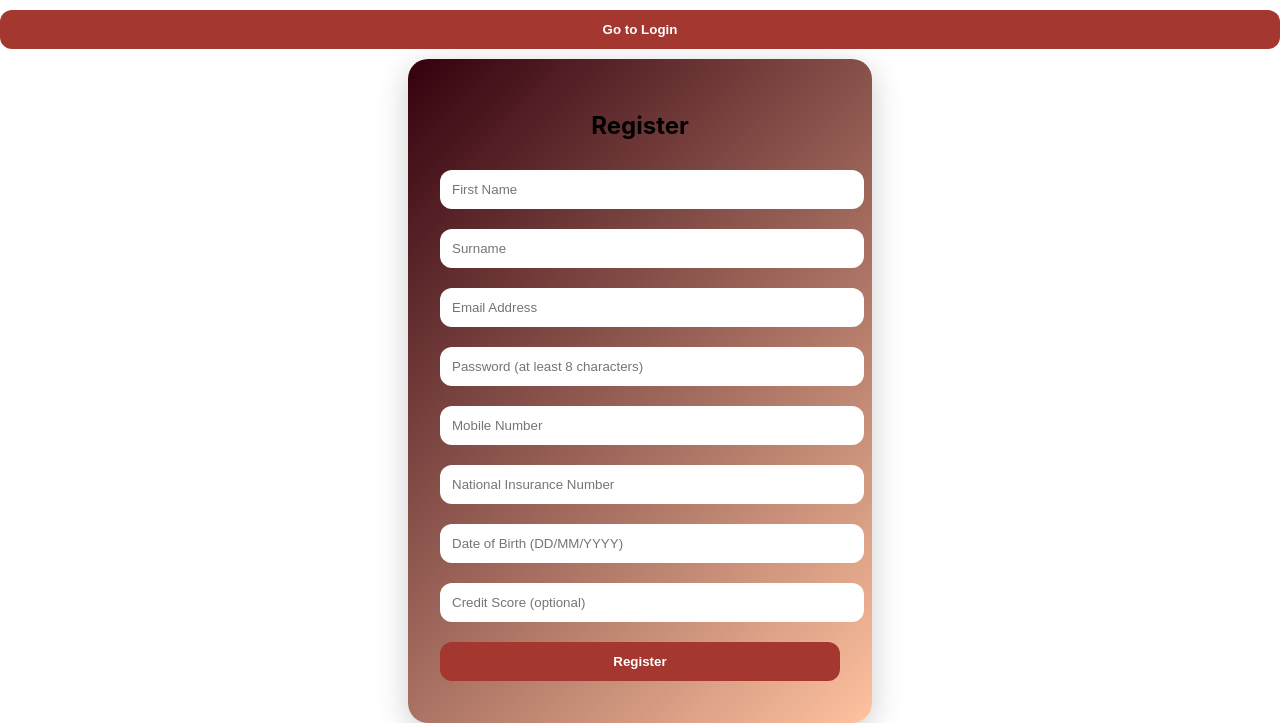
Repository: aab232/https---github.com-aab232-Deferred-Payment-Platform
Page: / (app in frontend/), after clicking the first element matching `button`
An editor plug-in stored every save of this project. The page is shown before and after the next save, followed by the edit.
The browser window is 1280 px wide. The pictures show the whole page.
The project was rebuilt for these pictures with package versions that can differ from the ones it lists, and the page was loaded fresh each time.

Above is the page before, as saved 2025-03-14 01:28:28.

### frontend/src/App.js
import React, { useState } from "react";
import Register from "./components/Register";
import Login from "./components/Login";

const App = () => {
    const [showLogin, setShowLogin] = useState(true);

    return (
        <div>
            <button onClick={() => setShowLogin(!showLogin)}>
                {showLogin ? "Go to Register" : "Go to Login"}
            </button>
            {showLogin ? <Login /> : <Register />}
        </div>
    );
};

export default App;

### frontend/src/components/Register.js
import React, { useState } from "react";
import axios from "axios";
import { NumericFormat } from "react-number-format"; // Corrected import
import "./Register.css";

const Register = () => {
    const [formData, setFormData] = useState({
        firstName: "",
        surname: "",
        email: "",
        password: "",
        mobileNumber: "",
        niNumber: "",
        date_of_birth: "",
        credit_score: "",
    });

    const handleChange = (e) => {
        setFormData({ ...formData, [e.target.name]: e.target.value });
    };

    const handleSubmit = async (e) => {
        e.preventDefault();
        try {
            const response = await axios.post("http://localhost:5000/register", formData);
            alert(response.data.message);
        } catch (error) {
            alert(error.response?.data.message || "Registration failed.");
        }
    };

    return (
        <div className="form-container">
            <h2>Register</h2>
            <form onSubmit={handleSubmit}>
                <input
                    type="text"
                    name="firstName"
                    placeholder="First Name"
                    value={formData.firstName}
                    onChange={handleChange}
                    required
                />
                <input
                    type="text"
                    name="surname"
                    placeholder="Surname"
                    value={formData.surname}
                    onChange={handleChange}
                    required
                />
                <input
                    type="email"
                    name="email"
                    placeholder="Email Address"
                    value={formData.email}
                    onChange={handleChange}
                    required
                />
                <input
                    type="password"
                    name="password"
                    placeholder="Password (at least 8 characters)"
                    value={formData.password}
                    onChange={handleChange}
                    required
                />
                <input
                    type="text"
                    name="mobileNumber"
                    placeholder="Mobile Number"
                    value={formData.mobileNumber}
                    onChange={handleChange}
                    required
                />
                <input
                    type="text"
                    name="niNumber"
                    placeholder="National Insurance Number"
                    value={formData.niNumber}
                    onChange={handleChange}
                    required
                />
                <NumericFormat
                    format="##/##/####"
                    mask="_"
                    name="date_of_birth"
                    placeholder="Date of Birth (DD/MM/YYYY)"
                    value={formData.date_of_birth}
                    onChange={handleChange}
                    required
                />
                <input
                    type="text"
                    name="credit_score"
                    placeholder="Credit Score (optional)"
                    value={formData.credit_score}
                    onChange={handleChange}
                />
                <button type="submit">Register</button>
            </form>
        </div>
    );
};

export default Register;

### frontend/src/components/Login.js
import React, { useState } from "react";
import axios from "axios";
import "./Login.css"; // Import the CSS for Login page

const Login = () => {
    const [formData, setFormData] = useState({
        email: "",
        password: "",
    });

    const handleChange = (e) => {
        setFormData({ ...formData, [e.target.name]: e.target.value });
    };

    const handleSubmit = async (e) => {
        e.preventDefault();
        try {
            const response = await axios.post("http://localhost:5000/login", formData);
            alert(response.data.message);
        } catch (error) {
            alert(error.response?.data.message || "Login failed.");
        }
    };

    return (
        <div className="container">
            <h2>Login</h2>
            <form onSubmit={handleSubmit}>
                {Object.keys(formData).map((field) => (
                    <input
                        key={field}
                        type={field === "password" ? "password" : "text"}
                        name={field}
                        placeholder={field}
                        value={formData[field]}
                        onChange={handleChange}
                        required
                    />
                ))}
                <button type="submit">Login</button>
            </form>
        </div>
    );
};

export default Login;

### frontend/src/components/Register.css
/* Styling for the Registration Form */
.form-container {
    max-width: 400px;
    margin: auto;
    padding: 2rem;
    background: linear-gradient(135deg, #33000D, #ffc3a0);
    border-radius: 20px;
    box-shadow: 0 8px 32px rgba(0, 0, 0, 0.2);
    text-align: center;
  }

  input, button {
    margin: 10px 0;
    padding: 12px;
    width: 100%;
    border-radius: 12px;
    border: none;
  }

  button {
    background-color: #6a11cb;
    color: white;
    font-weight: bold;
    cursor: pointer;
  }

  p {
    cursor: pointer;
    color: #6a11cb;
  }

### frontend/src/components/Login.css
/* Styling for the Login Form */
.container {
    max-width: 400px;
    margin: auto;
    padding: 2rem;
    background: linear-gradient(135deg, #33000D, #FDD9E5);
    border-radius: 20px;
    box-shadow: 0 8px 32px rgba(0, 0, 0, 0.2);
    text-align: center;
  }

  input, button {
    margin: 10px 0;
    padding: 12px;
    width: 100%;
    border-radius: 12px;
    border: none;
  }

  button {
    background-color: #a4372f;
    color: white;
    font-weight: bold;
    cursor: pointer;
  }

  p {
    cursor: pointer;
    color: #a4372f;
  }

Loaded but not shown: frontend/public/index.html (common file); frontend/src/index.js (common file); frontend/src/index.css (common file); frontend/src/reportWebVitals.js (common file)

After the next save:
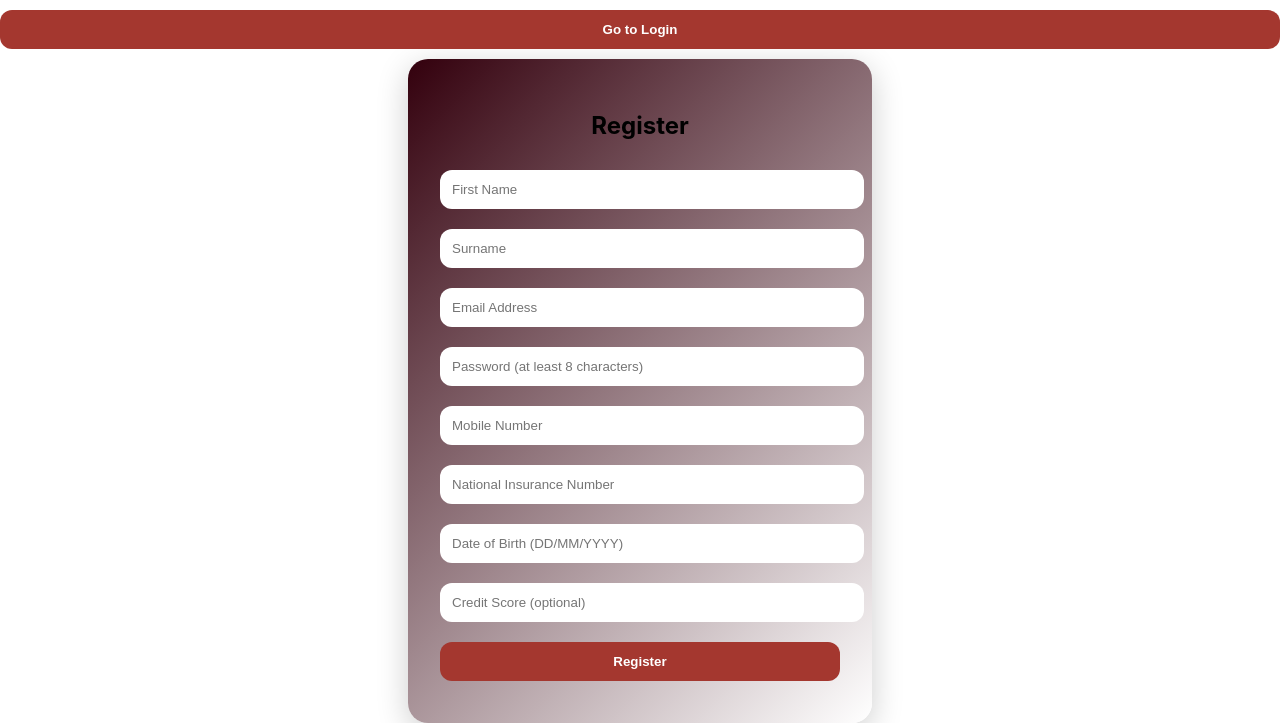
Saved 9 s later.
--- a/frontend/src/components/Register.css
+++ b/frontend/src/components/Register.css
@@ -3,7 +3,7 @@
     max-width: 400px;
     margin: auto;
     padding: 2rem;
-    background: linear-gradient(135deg, #33000D, #ffc3a0);
+    background: linear-gradient(135deg, #33000D, white);
     border-radius: 20px;
     box-shadow: 0 8px 32px rgba(0, 0, 0, 0.2);
     text-align: center;
